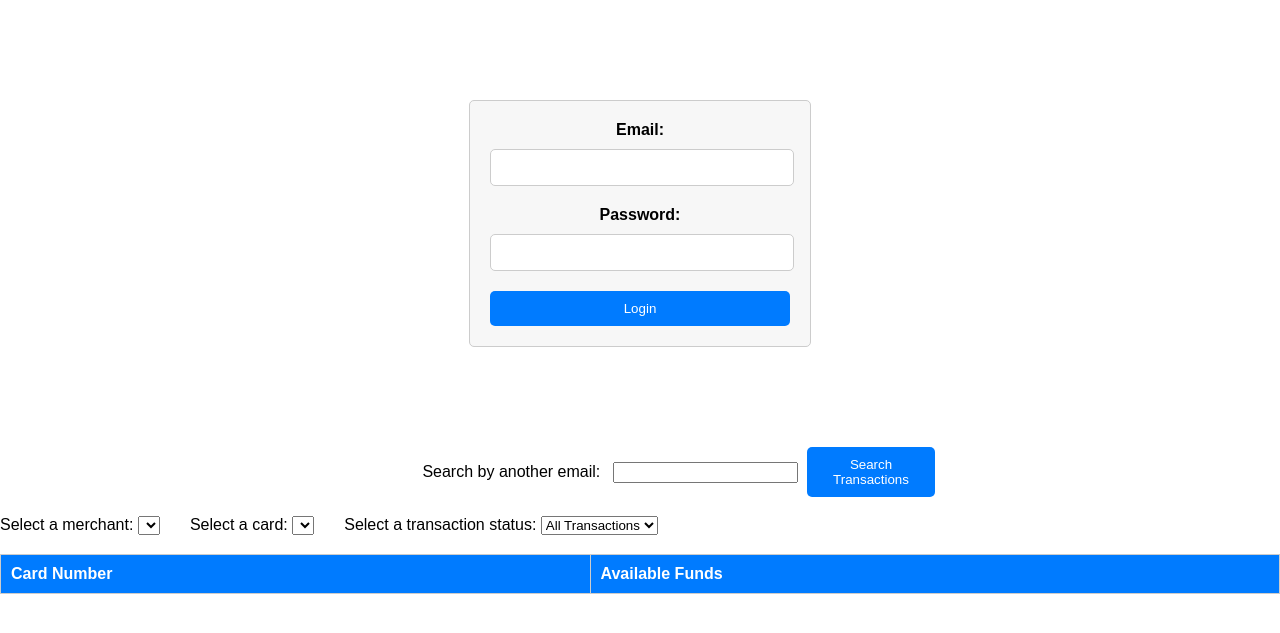
Repository: sharmista2shastry/DB-project
Page: webserver/templates/transactionhelper.html
The author's editor kept a copy of each file at every save. The page is drawn from the files as they stood at one save, then again after a run of saves.
The browser window is 1280 px wide. The pictures show the whole page.
The template is drawn by Flask 3. The application's start-up code is not run. Other server files are loaded and not shown. The template is opened directly, without the code that normally fills it, so the values that code supplies are empty.

Above is the page before, as saved 2023-11-11 18:52:41.

### webserver/templates/transactionhelper.html
<!DOCTYPE html>
<html>

<head>
  <title>Transaction Helper</title>
  <link rel="stylesheet" href="{{ url_for('static', filename='transactionhelper.css') }}">
</head>

<body>

  <!-- Add form tag -->

  <div id="login-form">
    <label for="email">Email:</label>
    <input type="email" id="email" name="email" required><br>

    <label for="password">Password:</label>
    <input type="password" id="password" name="password" required><br>

    <button type="button" id="login-button">Login</button>
  </div>

  <div id="y-main-page" style="display: none;">
    <h1>Welcome back to Y!</h1>
    <button type="button" id="go-search-button">Search Transactions for a Cardholder</button>
    <button type="button" id="analytics-button">Client Analytics</button>
  </div>

  <div id="find-form" style="display: none;">
    <h1>Find transactions by email</h1>
    <label for="search-email">Email:</label>
    <input type="search-email" id="search-email" name="search-email" required><br>

    <button type="button" id="search-button">Search Transactions</button>
  </div>

    <div id="search-again">
      Search by another email:
      <input type="search-email" id="search-again-email" name="search-email" required><br>
      <button type="button" id="search-again-button">Search Transactions</button>
    </div>
    <div id="search-toggles">
      <label for="merchant-dropdown">Select a merchant:</label>
      <select id="merchant-dropdown" name="dropdown">
      </select>
      <label for="card-number-dropdown">Select a card:</label>
      <select id="card-number-dropdown" name="dropdown">
      </select>
      <label for="transaction-status-dropdown">Select a transaction status:</label>
      <select id="transaction-status-dropdown" name="dropdown">
        <option value="all">All Transactions</option>
        <option value="true">Approved</option>
        <option value="false">Not Approved</option>
      </select>
    </div>
    <div id="cardholder-details">
      <div id="cardholder-name"></div>
      <table border="1">
        <thead>
          <tr>
            <th>Card Number</th>
            <th>Available Funds</th>
          </tr>
        </thead>
        <tbody id="tbody">

        </tbody>
      </table>
    </div>
    <div id="transactions-table" style="display: none;">

    <table border="1">
      <thead>
        <tr>
          <th>Date</th>
          <th>Card Number</th>
          <th>Amount</th>
          <th>Merchant</th>
          <th>Authentication Type</th>
          <th>Currency</th>
          <th>Transaction Status</th>
          <th>Fraud</th>
          <th>Decline Reason</th>
        </tr>
      </thead>
      <tbody id="tbody2">

      </tbody>
    </table>
    <div id="search-again-2">
      Search by another email:
      <input type="search-email" id="search-again-email-2" name="search-email" required><br>
      <button type="button" id="search-again-button-2">Search Transactions</button>
    </div>
  </div>
  <script>
    const loginButton = document.getElementById('login-button');
    const searchButton = document.getElementById('search-button');
    const searchPage = document.getElementById('find-form');
    const loginPage = document.getElementById('login-form');
    const transactionsPage = document.getElementById('transactions-table');
    const mainPage = document.getElementById('y-main-page');
    const goToSearchPage = document.getElementById('go-search-button');
    const table = document.getElementById('transactions-table');
    const tbody = document.getElementById('tbody');
    const tbody2 = document.getElementById('tbody2');
    const searchAgainButton = document.getElementById('search-again-button');
    const merchantDropdown = document.getElementById('merchant-dropdown');
    const cardNumberDropdown = document.getElementById('card-number-dropdown');
    const transactionStatusDropdown = document.getElementById('transaction-status-dropdown');

    let email = '';
    let merchants = '';
    let merchantSelected = '';
    let cardNumber = '';
    let transactionStatusSelected = '';

    let data = {
      'email': email,
      'merchantSelected': merchantSelected
    };

    let globalResponse;
    let isAdmin = false;
    loginButton.addEventListener('click', async () => {
      email = document.getElementById('email').value;
      const password = document.getElementById('password').value;

      // Send a request to the server to check if the user is an admin
      const data = {
                'email': email,
                'password': password
            };

      const apiUrl = "/baselogin";

      const response = await fetch(apiUrl, {
        method: 'POST',
        headers: {
          'Content-Type': 'application/json',
        },
        body: JSON.stringify(data),
      });

      globalResponse = await response.json();

      if (globalResponse.result.output) {
        loginPage.style.display = 'none';
        mainPage.style.display = 'block';
      } else {
        alert('Invalid email or password. Please try again.');
      }
});

    goToSearchPage.addEventListener('click', async () => {
      email = document.getElementById('email').value;
      mainPage.style.display = 'none';
      searchPage.style.display = 'block';

      let apiUrl = "/getmerchants";

      try {
        const response = await fetch(apiUrl, {
          method: 'POST',
          headers: {
            'Content-Type': 'application/json',
          },
          body: JSON.stringify(data)
        });
        if (response.ok) {
          globalResponse = await response.json(); // Store the response in the global variable
        } else {
          console.error('API call failed with status:', response.status);
        }
      } catch (error) {
        console.error('API call failed:', error);
      }
      const option = document.createElement('option');
      option.value = 'All Merchants';
      option.textContent = 'All Merchants';
      merchantDropdown.appendChild(option);
      globalResponse.result.merchant_list.forEach(item => {
        const option = document.createElement('option');
        option.value = item;
        option.textContent = item;
        merchantDropdown.appendChild(option);
      });
    });

    merchantDropdown.addEventListener('change', function () {
      // Get the selected option
      merchantSelected = merchantDropdown.options[merchantDropdown.selectedIndex].value;
      // Log the selected option value and text
      searchAgainButton.click();
    });

    cardNumberDropdown.addEventListener('change', function () {
      // Get the selected option
      cardNumber = cardNumberDropdown.options[cardNumberDropdown.selectedIndex].value;
      // Log the selected option value and text
      searchAgainButton.click();
    });

    transactionStatusDropdown.addEventListener('change', function () {
      // Get the selected option
      transactionStatusSelected = transactionStatusDropdown.options[transactionStatusDropdown.selectedIndex].value;
      // Log the selected option value and text
      searchAgainButton.click();
    });

    searchButton.addEventListener('click', async () => {
      email = document.getElementById('search-email').value;
      transactionsPage.style.display = 'none';

      if (tbody) {
        // Remove all child nodes (contents) of the tbody
        while (tbody.firstChild) {
          tbody.removeChild(tbody.firstChild);
        }
      }

      if (tbody2) {
        // Remove all child nodes (contents) of the tbody
        while (tbody2.firstChild) {
          tbody2.removeChild(tbody2.firstChild);
        }
      }

      let apiUrl = "/getCardholderDetails";

      data = {
        'email': email,
      };

      try {
        const response = await fetch(apiUrl, {
          method: 'POST',
          headers: {
            'Content-Type': 'application/json',
          },
          body: JSON.stringify(data)
        });
        if (response.ok) {
          globalResponse = await response.json(); // Store the response in the global variable
        } else {
          console.error('API call failed with status:', response.status);
        }
      } catch (error) {
        console.error('API call failed:', error);
      }
      document.getElementById('cardholder-name').innerHTML = 'Cardholder Name :' + globalResponse.result.name;
      globalResponse.result.card_list.forEach(item => {
        const row = document.createElement('tr');
        const cardNumberCell = document.createElement('td');
        cardNumberCell.textContent = item.card_number;
        const availableFundsCell = document.createElement('td');
        availableFundsCell.textContent = item.available_funds;

        row.appendChild(cardNumberCell);
        row.appendChild(availableFundsCell);

        tbody.appendChild(row);
      });

      apiUrl = "/getcards";

      try {
        const response = await fetch(apiUrl, {
          method: 'POST',
          headers: {
            'Content-Type': 'application/json',
          },
          body: JSON.stringify(data)
        });
        if (response.ok) {
          globalResponse = await response.json(); // Store the response in the global variable
        } else {
          console.error('API call failed with status:', response.status);
        }
      } catch (error) {
        console.error('API call failed:', error);
      }
      const option = document.createElement('option');
      option.value = 'All Cards';
      option.textContent = 'All Cards';
      cardNumberDropdown.appendChild(option);
      globalResponse.result.cards.forEach(item => {
        const option = document.createElement('option');
        option.value = item;
        option.textContent = item;
        cardNumberDropdown.appendChild(option);
      });

      data = {
        'email': email,
        'merchantSelected': merchantSelected,
        'cardNumber': cardNumber,
        'transactionStatus': transactionStatusSelected
      };

      searchPage.style.display = 'none';
      transactionsPage.style.display = 'block';

      apiUrl = "/gettransactions";

      try {
        const response = await fetch(apiUrl, {
          method: 'POST',
          headers: {
            'Content-Type': 'application/json',
          },
          body: JSON.stringify(data)
          // Or 'GET' or 'PUT' depending on your API
          // Add headers, body, and other options as needed
        });
        if (response.ok) {
          globalResponse = await response.json(); // Store the response in the global variable
        } else {
          console.error('API call failed with status:', response.status);
        }
        // Handle the API response here (e.g., show a success message or handle errors).
        // You can use response.json() to parse the response if it's in JSON format.
      } catch (error) {
        console.error('API call failed:', error);
      }
      globalResponse.result.output.forEach(item => {
        const row = document.createElement('tr');
        const dateCell = document.createElement('td');
        dateCell.textContent = item.transaction_timestamp;
        const cardNumberCell = document.createElement('td');
        cardNumberCell.textContent = item.card_number;
        const amountCell = document.createElement('td');
        amountCell.textContent = item.transaction_amount;
        const merchantCell = document.createElement('td');
        merchantCell.textContent = item.merchant;
        const authenticationTypeCell = document.createElement('td');
        authenticationTypeCell.textContent = item.authentication_type;
        const currencyCell = document.createElement('td');
        currencyCell.textContent = item.transaction_currency;
        const transactionStatus = document.createElement('td');
        if(item.transaction_status===true)
          transactionStatus.textContent = 'Approved';
        else
          transactionStatus.textContent = 'Not Approved ';
        const fraudCell = document.createElement('td');
        fraudCell.textContent = item.transaction_fraud;
        const declineReason = document.createElement('td');
        declineReason.textContent = item.decline_reason;

        row.appendChild(dateCell);
        row.appendChild(cardNumberCell);
        row.appendChild(amountCell);
        row.appendChild(merchantCell);
        row.appendChild(authenticationTypeCell);
        row.appendChild(currencyCell);
        row.appendChild(transactionStatus);
        row.appendChild(fraudCell);
        row.appendChild(declineReason);

        tbody.appendChild(row);
      });
    });

    searchAgainButton.addEventListener('click', async () => {
      if (document.getElementById('search-again-email').value != "")
        email = document.getElementById('search-again-email').value;
      document.getElementById('search-again-email').value = email;
      document.getElementById('search-again-email-2').value = email;
      data = {
        'email': email,
        'merchantSelected': merchantSelected,
        'cardNumber': cardNumber,
        'transactionStatus': transactionStatusSelected
      };
      transactionsPage.style.display = 'none';
      if (tbody) {
        // Remove all child nodes (contents) of the tbody
        while (tbody.firstChild) {
          tbody.removeChild(tbody.firstChild);
        }
      }
      let apiUrl = "/getCardholderDetails";

      data = {
        'email': email,
      };
      let globalResponse;

      try {
        const response = await fetch(apiUrl, {
          method: 'POST',
          headers: {
            'Content-Type': 'application/json',
          },
          body: JSON.stringify(data)
        });
        if (response.ok) {
          globalResponse = await response.json(); // Store the response in the global variable
        } else {
          console.error('API call failed with status:', response.status);
        }
      } catch (error) {
        console.error('API call failed:', error);
      }
      document.getElementById('cardholder-name').innerHTML = 'Cardholder Name :' + globalResponse.result.name;
      globalResponse.result.card_list.forEach(item => {
        const row = document.createElement('tr');
        const cardNumberCell = document.createElement('td');
        cardNumberCell.textContent = item.card_number;
        const availableFundsCell = document.createElement('td');
        availableFundsCell.textContent = item.available_funds;

        row.appendChild(cardNumberCell);
        row.appendChild(availableFundsCell);

        tbody.appendChild(row);
      });

      apiUrl = "/gettransactions";
      try {
        const response = await fetch(apiUrl, {
          method: 'POST',
          headers: {
            'Content-Type': 'application/json',
          },
          body: JSON.stringify(data)
          // Or 'GET' or 'PUT' depending on your API
          // Add headers, body, and other options as needed
        });
        if (response.ok) {
          globalResponse = await response.json(); // Store the response in the global variable
        } else {
          console.error('API call failed with status:', response.status);
        }
        // Handle the API response here (e.g., show a success message or handle errors).
        // You can use response.json() to parse the response if it's in JSON format.
      } catch (error) {
        console.error('API call failed:', error);
      }
      globalResponse.result.output.forEach(item => {
        const row = document.createElement('tr');
        const dateCell = document.createElement('td');
        dateCell.textContent = item.transaction_timestamp;
        const cardNumberCell = document.createElement('td');
        cardNumberCell.textContent = item.card_number;
        const amountCell = document.createElement('td');
        amountCell.textContent = item.transaction_amount;
        const merchantCell = document.createElement('td');
        merchantCell.textContent = item.merchant;
        const authenticationTypeCell = document.createElement('td');
        authenticationTypeCell.textContent = item.authentication_type;
        const currencyCell = document.createElement('td');
        currencyCell.textContent = item.transaction_currency;
        const transactionStatus = document.createElement('td');
        if(item.transaction_status===true)
          transactionStatus.textContent = 'Approved';
        else
          transactionStatus.textContent = 'Not Approved ';
        // transactionStatus.textContent = item.transaction_status;
        const fraudCell = document.createElement('td');
        fraudCell.textContent = item.transaction_fraud;
        const declineReason = document.createElement('td');
        declineReason.textContent = item.decline_reason;

        row.appendChild(dateCell);
        row.appendChild(cardNumberCell);
        row.appendChild(amountCell);
        row.appendChild(merchantCell);
        row.appendChild(authenticationTypeCell);
        row.appendChild(currencyCell);
        row.appendChild(transactionStatus);
        row.appendChild(fraudCell);
        row.appendChild(declineReason);

        tbody.appendChild(row);
      });
      transactionsPage.style.display = 'block';
    });

  </script>
</body>

</html>

### webserver/static/transactionhelper.css
/* Reset some default styles */
body {
    margin: 0;
    padding: 0;
    font-family: Arial, sans-serif;
  }

  /* Style the login form */
  #login-form {
    text-align: center;
    margin: 100px auto;
    width: 300px;
    padding: 20px;
    border: 1px solid #ccc;
    background-color: #f7f7f7;
    border-radius: 5px;
  }

  #login-form label {
    display: block;
    margin-bottom: 10px;
    font-weight: bold;
  }

  #login-form input {
    width: 94%;
    padding: 10px;
    margin-bottom: 20px;
    border: 1px solid #ccc;
    border-radius: 5px;
  }

  #login-button {
    display: block;
    width: 100%;
    padding: 10px;
    background-color: #007BFF;
    color: #fff;
    border: none;
    border-radius: 5px;
    cursor: pointer;
  }

  #login-button:hover {
    background-color: #0056b3;
  }

  /* Style the main page */
  #y-main-page {
    text-align: center;
    margin: 100px auto;
  }

  #y-main-page h1 {
    font-size: 24px;
    margin-bottom: 20px;
  }

  #go-search-button, #analytics-button {
    padding: 10px 20px;
    margin: 10px;
    background-color: #007BFF;
    color: #fff;
    border: none;
    border-radius: 5px;
    cursor: pointer;
  }

  #go-search-button:hover, #analytics-button:hover {
    background-color: #0056b3;
  }

  /* Style the find form */
  #find-form {
    text-align: center;
    margin: 100px auto;
    width: 300px;
  }

  #find-form h1 {
    font-size: 24px;
    margin-bottom: 20px;
    width: 102%;
  }

  #find-form label {
    display: block;
    margin-bottom: 10px;
    font-weight: bold;
  }

  #find-form input {
    width: 90%;
    padding: 10px;
    margin-bottom: 20px;
    border: 1px solid #ccc;
    border-radius: 5px;
  }

  #search-button {
    display: block;
    width: 100%;
    padding: 10px;
    background-color: #007BFF;
    color: #fff;
    border: none;
    border-radius: 5px;
    cursor: pointer;
  }

  #search-again{
    display: flex;
    margin-left: 33%;
    text-align: center;
    align-items: center;
    margin-bottom: 1.5%;
  }

  #search-toggles{
    margin-bottom: 1.5%;
  }

  #search-again-button {
    width: 15%;
    padding: 10px;
    background-color: #007BFF;
    color: #fff;
    border: none;
    border-radius: 5px;
    cursor: pointer;
    margin-left: 1%;
    display: inline-block;
  }

  #search-again-email{
    margin-left: 1.5%;
   }


  #search-again-2{
    display: flex;
    margin-left: 33%;
    text-align: center;
    align-items: center;
    margin-top: 1.5%;
  }

  #search-again-email-2{
   margin-left: 1.5%;
  }

  #search-again-button-2  {
    width: 15%;
    padding: 10px;
    background-color: #007BFF;
    color: #fff;
    border: none;
    border-radius: 5px;
    cursor: pointer;
    margin-left: 1%;
    display: inline-block;
  }

  #search-button:hover {
    background-color: #0056b3;
  }

  #merchant-dropdown{
    margin-right: 2%;
  }

  #card-number-dropdown{
    margin-right: 2%;
  }

  /* Style the transactions table */
  #transactions-table {
    text-align: center;
    margin: 20px auto;
    width: 90%;
  }

  table {
    width: 100%;
    border-collapse: collapse;
  }

  table, th, td {
    border: 1px solid #ccc;
  }

  th, td {
    padding: 10px;
    text-align: left;
  }

  thead {
    background-color: #007BFF;
    color: #fff;
  }

After the next 2 saves:
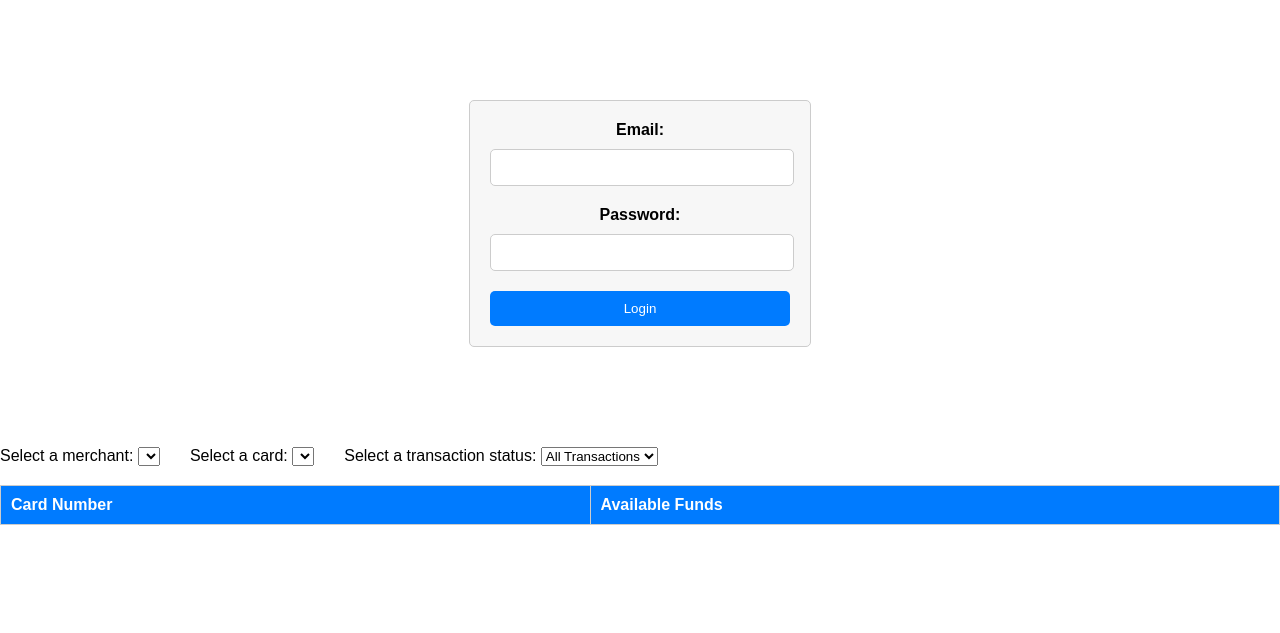
The 2 saves are shown as one change because they came seconds apart.
The last was saved 3 h 38 min later.
--- a/webserver/templates/transactionhelper.html
+++ b/webserver/templates/transactionhelper.html
@@ -34,7 +34,7 @@
     <button type="button" id="search-button">Search Transactions</button>
   </div>
 
-    <div id="search-again">
+    <div id="search-again" style="display: none;">
       Search by another email:
       <input type="search-email" id="search-again-email" name="search-email" required><br>
       <button type="button" id="search-again-button">Search Transactions</button>
